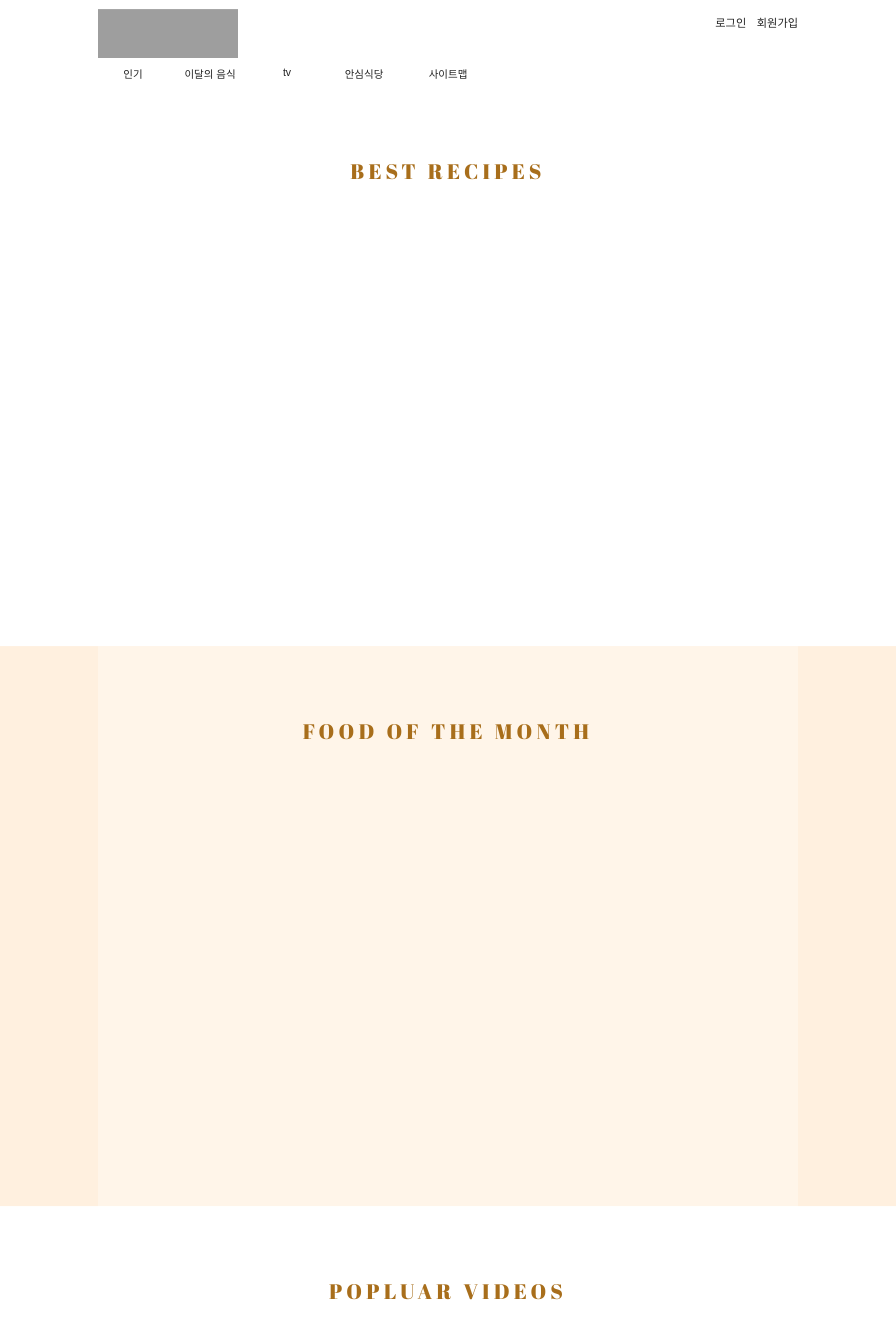
Repository: Kimhyoenjeong/proj-git
Page: morae/src/main/webapp/index.html
The author's editor kept a copy of each file at every save. The page is drawn from the files as they stood at one save, then again after the next save.
The browser window is 1280 px wide. The pictures show the part of the page from y = 0 to 1920 px (the page is 3641 px tall), at 70% of full size.
Pictures or frames that could not be fetched are drawn as grey boxes. Some web fonts or font styles are not loaded; a fallback is used.

Above is the page before, as saved 2022-07-17 10:53:09.

### morae/src/main/webapp/index.html
<head>
  <meta charset="utf-8">
  <meta name="author" content="master">
  <meta name="description" content="예제">
  <title>MOREA</title>

  <!-- CSS STYLE-->
  <link rel="stylesheet" href="css/reset.css">
  <link rel="stylesheet" href="css/style.css">
<!-- FONT -->
<link rel="preconnect" href="https://fonts.googleapis.com">
<link rel="preconnect" href="https://fonts.gstatic.com" crossorigin>
<!--일반 평폰트 font-family:  'Gothic A1', sans-serif;-->
<link href="https://fonts.googleapis.com/css2?family=Gothic+A1:wght@500&display=swap" rel="stylesheet">
<link rel="preconnect" href="https://fonts.googleapis.com">
<link rel="preconnect" href="https://fonts.gstatic.com" crossorigin>
<link href="https://fonts.googleapis.com/css2?family=Abril+Fatface&display=swap" rel="stylesheet">
<!--영어 font-family: 'Abril Fatface', cursive; -->
<link rel="preconnect" href="https://fonts.googleapis.com">
<link rel="preconnect" href="https://fonts.gstatic.com" crossorigin>
<link href="https://fonts.googleapis.com/css2?family=Song+Myung&display=swap" rel="stylesheet">
<!--한국어 궁서같은거 font-family: 'Song Myung', serif; -->

</head>
<body>
</body>
  <div id="wrap">
    <div id="header">
      <div class="container">
	      <div class="header">
	        <div class="header-title">
	        	<img alt="html" src="title.png" href="#">
	        </div>
	        <!-- header-title-->
	        <div class="header-menu">
	        	<a href="#" class="search"><span class="ir_pm">search</span></a>
	        	<a href="login.jsp" class="login">로그인</a>
	        	<a href="join.jsp" class="join">회원가입</a>
	        </div>
	       </div>
      </div>
    </div>
    <!-- //header -->
     <div id="nav">
		<div class="container">
			<div class="nav">
				<div class="nav-menu">
					<div class="popluar">
						<a href="#">인기</a>
						<!-- <div class="nav-under"></div> -->
					</div>
					<div class="month">
						<a href="monthFd.jsp">이달의 음식</a>
					</div>
					<div class="tv">
						<a href="#">tv</a>
					</div>
					<div class="safe">
						<a href="#">안심식당</a>
					</div>
					<div class="sitemap">
						<a href="#">사이트맵</a>
					</div>
				</div>
				<!-- //nav-menu -->
			</div>
		</div>

     </div>
     <!-- //nav -->
    <div id="contents">
	    <div id="content1">
	    	<div class="container">
	    	<div class="content1">
	            <div class="best">
	            	<div class="best-title">
	            		<a href="#">BEST RECIPES</a>
	            	</div>
	            	<div class="best-contents">

	            	</div>
	            </div>
	         </div>
	         </div>
	    </div>
        <!-- //content1 - best recipes -->
        <div id="content2">
            <div class="container">
            	<div class="content2">
            		<div class="f_o_m">
            			<div class="f_o_m-title">
            				<a href="#">FOOD OF THE MONTH</a>
            			</div>
            			<div class="f_o_m-contents">

            			</div>
            		</div>
            	</div>
            </div>
        </div>
        <!-- //content2 - FOOD OF THE MONTH -->
        <div id="content3">
            <div class="container">
            	<div class="content3">
            		<div class="videos">
            			<div class="videos-title">
            				<a href="#">POPLUAR VIDEOS</a>
            			</div>
            			<div class="videos-contents">

            			</div>
            		</div>
            	</div>
            </div>
        </div>
        <!-- //content3 - POPLUAR VIDEOS -->
        <div id="content4">
            <div class="container">
            	<div class="content4">
            		<div class="safe_place">
            			<div class="safe_place-title">
            				<a href="#">SAFE PLACES</a>
            			</div>
            			<div class="safe_place-contents">

            			</div>
            		</div>
            	</div>
            </div>
        </div>
		<!-- //content4 - SAFE PLACES -->

    </div>
    <!-- //footer -->
    <div id="footer">
    	<hr>
    	<div class="container">
            <div class="footer">
            	<div class="info">

            	<ul>
            			<li><a href="#">사이트 도움말</a></li>
                        <li><a href="#">사이트 이용약관</a></li>
                        <li><a href="#">사이트 운영규칙</a></li>
                        <li><a href="#"><strong>개인정보취급방침</strong></a></li>
                        <li><a href="#">책임의 한계와 법적고지</a></li>
                        <li><a href="#">게시중단요청 서비스</a></li>
                        <li><a href="#">고객센터</a></li>
            		</ul>
            	</div>
            	<div class="maker">

            	</div>
            </div>
        </div>
    </div>
	<!-- //footer -->
  </div>
    <!-- //wrap -->
</body>
</html>

### morae/src/main/webapp/css/reset.css
@charset "utf-8";

/* 여백 초기화 */
body, div, ul, li, dl, dt, ol, h1, h2, h3, h4, h5, h6, input, fieldset, legend, p, select, table, th, td, tr, textarea, button, form {margin: 0; padding: 0;}

/* a 링크 초기화 */
a {color: #222; text-decoration: none;}
a:hover {color: #390;}
.ir_pm {display: block; overflow: hidden; font-size: 0; line-height: 0; text-indent: -9999px;} /* 의미있는 이미지의 대체 텍스트를 제공하는 경우 */
.ir_wa {display: block; overflow: hidden; position: relative; z-index: -1; width: 100%; height: 100%;} /* 의미있는 이미지의 대체 텍스트로 이미지가 없어도 대체 텍스트를 보여주고자 할 때 */
.ir_su {overflow: hidden; position: absolute; width: 0; height: 0; line-height: 0; text-indent: -9999px;} /* 대체 텍스트가 아닌 접근성을 위한 숨김 텍스트를 제공할 때 */

/** {font-family: 'Gothic A1', sans-serif;}*/
/*FONT*/
/*일반 평폰트 font-family:  'Gothic A1', sans-serif;*/
@import url("https://fonts.googleapis.com");
@import url("https://fonts.gstatic.com");
/*영어 font-family: 'Abril Fatface', cursive; */
@import url("https://fonts.googleapis.com/css2?family=Gothic+A1:wght@500&display=swap");
@import url("https://fonts.gstatic.com");
@import url("https://fonts.googleapis.com/css2?family=Abril+Fatface&display=swap");
/*한국어 궁서같은거 font-family: 'Song Myung', serif;*/
@import url("https://fonts.googleapis.com/css2?family=Song+Myung&display=swap");

### morae/src/main/webapp/css/style.css
@charset "utf-8";

/* 스킵 내비게이션
#skip {position: relative;}
#skip a {position: absolute; left: 0px; top: -35px; border: 1px solid #fff; color: #fff; background: #333; line-height: 30px; width: 140px; text-align: center;}
#skip a:active,
#skip a:focus {top: 0;}
*/

/*layout*/
#wrap {}
#header {height: 80px;}
#nav {height: 30px;}
#contents {}
#footer { height: 300px;}

.container {width: 1000px; margin: 0 auto; height: inherit; background: rgba(255,255,255,0.3);}

/* header */
.header {}
.header .header-title {
	float: left;
	width: 200px;
	height: 80px;
	margin-top: 3px;
	display: inline-block;
	}
.header .header-title img {
	width: 200px;
	height: 70px;
	margin: 0;
}

.header .header-menu{
	text-align: right;
	margin-top: 10px;
}

.header .header-menu a{
	width: 70px;
	height: 30px;
	display: inline-block;
	margin: 10 0px;
}
.header .header-menu a.search {
	background-image: url(/search.png);
}
header .header-menu a.login {
	background-image: url(/search.png);
}
header .header-menu a.join {
	background-image: url(/search.png);
}



/* nav */
.nav {}
.nav .nav-menu {
	float: left;
	text-align: center;
	width:1000px;
	height: 30px;
	}
.nav .nav-menu .popluar {
	float: left;
	display: inline-block;
	width:100px;
	height: 28px;
	margin-top: 1px;

}
.nav .nav-menu .month {
	float: left;
	display: inline-block;
	width:120px;
	height: 28px;
	margin-top: 1px;

}
.nav .nav-menu .tv {
	float: left;
	display: inline-block;
	width:100px;
	height: 28px;
	margin-top: 1px;

	}
.nav .nav-menu .safe {
	float: left;
	display: inline-block;
	width:120px;
	height: 28px;
	margin-top: 1px;

}
.nav .nav-menu .sitemap {
	float: left;
	display: inline-block;
	width:120px;
	height: 28px;
	margin-top: 1px;

}
.nav .nav-menu .slash{
	float: left;
	display: inline-block;
	width:3px;
	height: 28px;
}
.nav .nav-menu a{
	text-align: center;
	text-decoration: none;
	font-family:  'Gothic A1', sans-serif;
	margin-top: 4px;
	font-size: 15px;
}
.nav .nav-menu a:hover{
	text-align: center;
	text-decoration: none;
	font-family:  'Gothic A1', sans-serif;
	margin-top: 4px;
	font-size: 15px;
	color: #f1b877;
	}
.nav .nav-under{
	float: center;
	width:100px;
	height: 4px;
	margin-top: 6px;
	display: inline-block;
	background-color: #f1b877;

}

/*login*/
.signup {
   text-align:center;
   display: block;
   padding: 50px;
   margin-top: 50px;
   line-height: 1.42857143;
   background-color: #fff;
   border: 1px solid #ddd;
   border-radius: 4px;
}
.group {padding:20px;}
.form-control {
   display: inline-block;
   width: 47%;
   height: 34px;
   padding: 2px 12px;
   margin: 3px;
   font-size: 14px;
   line-height: 1.42857143;
   color: #555;
   background-color: #fff;
   background-image: none;
   border: 1px solid #ccc;
   border-radius: 4px;
}
.btn {
   display: inline-block;
   width: 50%;
   padding: 6px 12px;
   margin-top: 10px;
   font-size: 14px;
   font-weight: normal;
   line-height: 1.42857143;
   text-align: center;
   white-space: nowrap;
   vertical-align: middle;
   -ms-touch-action: manipulation;
       touch-action: manipulation;
   cursor: pointer;
   background-image: none;
   border: 1px solid transparent;
   border-radius: 4px;
}


/*CONTENTS*/
#content1 {}
.content1{}
.content1 .best {
	float: center;
	width:1000px;
	height: 800px;
	display: inline-block;
}

.content1 .best .best-title {
	float: center;
	width: 1000px;
	height: 50px;
	margin-top:100px;
	text-align: center;
	text-decoration: none;
	display: inline-block;
	font-size: 30px;
	letter-spacing: 6px;
	}
	.content1 .best .best-title a{
	letter-spacing: 6px;
	font-family: 'Abril Fatface', cursive;
	color: #a86e1b;
	}
.content1 .best .best-contents {
	float: center;
	width: 1000px;
	height: 700px;
	display: inline-block;
}
#content2 {background-color: #fff0df;}
.content2 {}
.content2 .f_o_m {
	float: center;
	width:1000px;
	height: 800px;
	display: inline-block;
}
.content2 .f_o_m .f_o_m-title {
	float: center;
	width: 1000px;
	height: 50px;
	margin-top:100px;
	text-align: center;
	text-decoration: none;
	display: inline-block;
	font-size: 30px;
	}
.content2 .f_o_m .f_o_m-title a{
	letter-spacing: 6px;
	font-family: 'Abril Fatface', cursive;
	color: #a86e1b;
	}

	.content2 .f_o_m .f_o_m-contents {
	float: center;
	width: 1000px;
	height: 700px;
	display: inline-block;
}
#content3 {}
.content3 {}
.content3 .videos {
	float: center;
	width:1000px;
	height: 800px;
	display: inline-block;
}
.content3 .videos .videos-title {
	float: center;
	width: 1000px;
	height: 50px;
	margin-top:100px;
	text-align: center;
	text-decoration: none;
	display: inline-block;
	font-size: 30px;
	}
.content3 .videos .videos-title a{
	color: #a86e1b;
	letter-spacing: 6px;
	font-family: 'Abril Fatface', cursive;
	}

	.content3 .videos .videos-contents {
	float: center;
	width: 1000px;
	height: 700px;
	display: inline-block;
}

#content4 {background-color: #fff0df;}
.content4 {}
.content4 .safe_place {
	float: center;
	width:1000px;
	height: 800px;
	display: inline-block;
}
.content4 .safe_place .safe_place-title {
	float: center;
	width: 1000px;
	height: 50px;
	margin-top:100px;
	text-align: center;
	text-decoration: none;
	display: inline-block;
	font-size: 30px;
	}
.content4 .safe_place .safe_place-title a{
	letter-spacing: 6px;
	font-family: 'Abril Fatface', cursive;
	color: #a86e1b;
	}

.content4 .safe_place .safe_place-contents {
	float: center;
	width: 1000px;
	height: 700px;
	display: inline-block;
}
/* footer */
.footer {padding: 25px 0; text-align: center;}
.footer ul {margin-bottom: 20px;}
.footer li {position: relative; display: inline; padding: 0 5px 0 10px;}

After the next save:
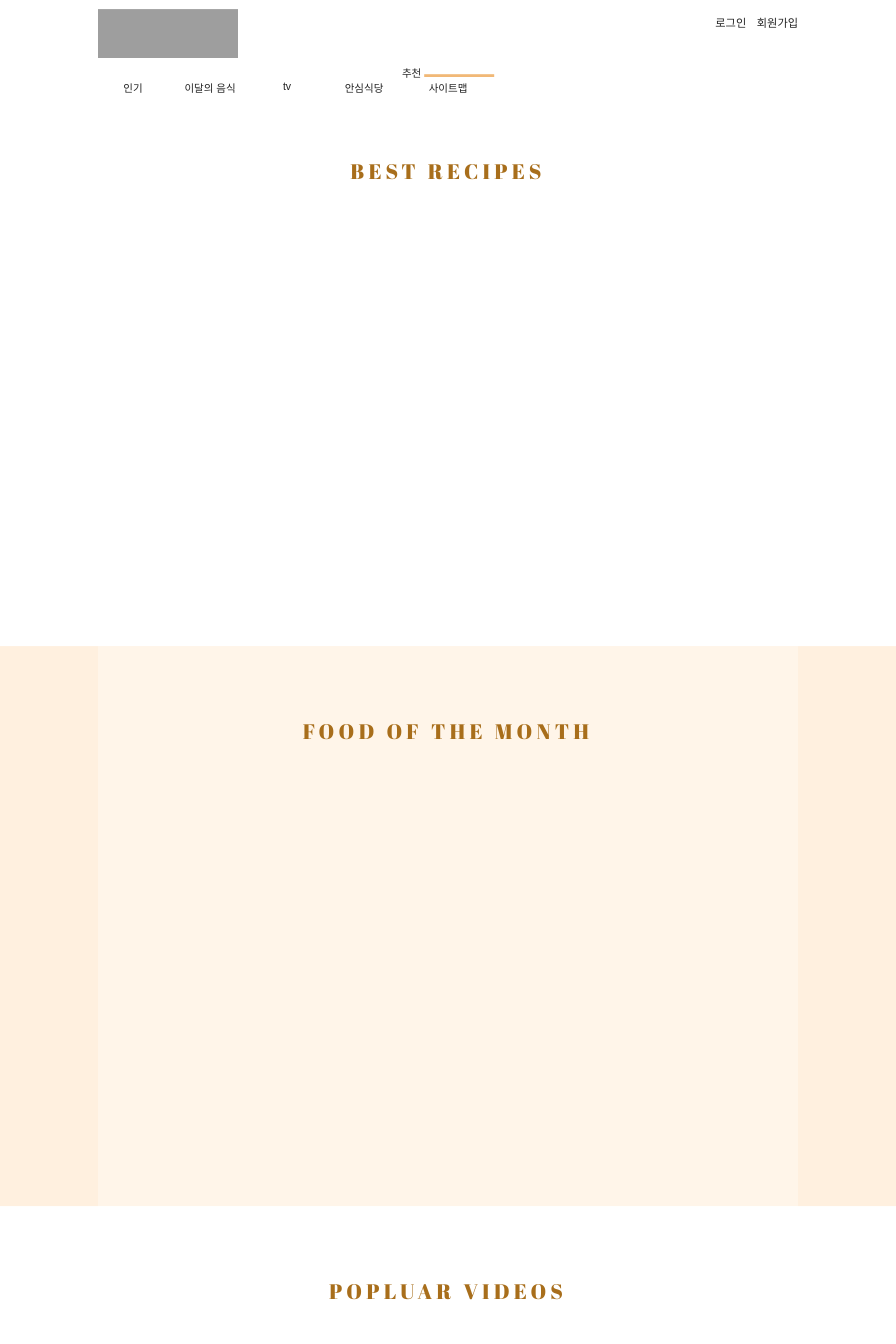
Saved 49 s later.
--- a/morae/src/main/webapp/index.html
+++ b/morae/src/main/webapp/index.html
@@ -45,6 +45,10 @@
 		<div class="container">
 			<div class="nav">
 				<div class="nav-menu">
+					<div class="reccomend">
+						<a href="#">추천</a>
+						<div class="nav-under"></div>
+					</div>
 					<div class="popluar">
 						<a href="#">인기</a>
 						<!-- <div class="nav-under"></div> -->
